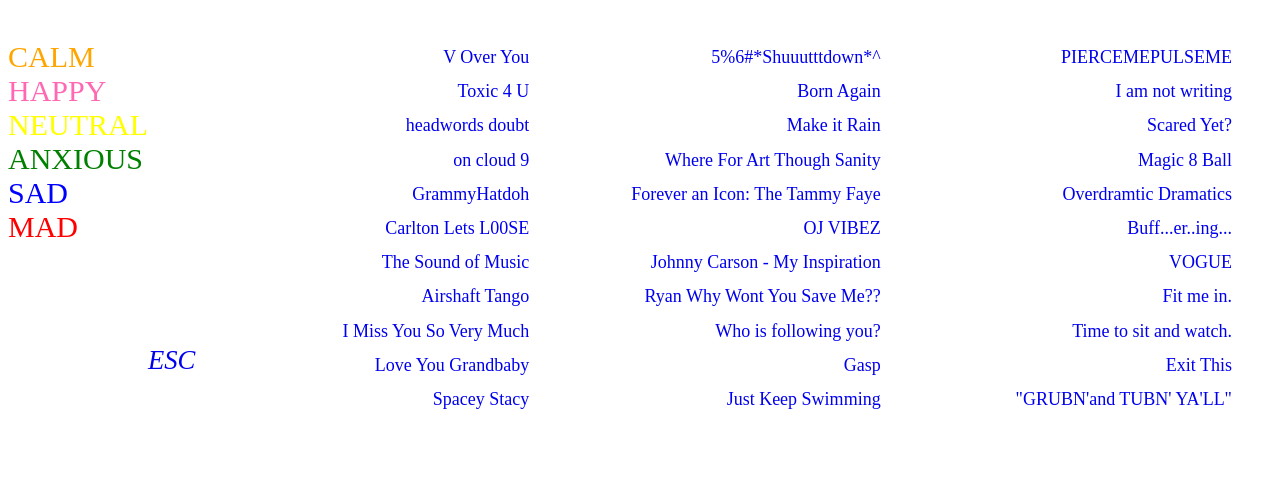
Repository: bradk647/bradk647.github.io
Page: cheatsheet.html
The author's editor kept a record of every edit. The page is drawn from the files as they stood at one moment, then again after the next edit.
The browser window is 1280 px wide. The pictures show the whole page.

Above is the page before.

After the next edit:
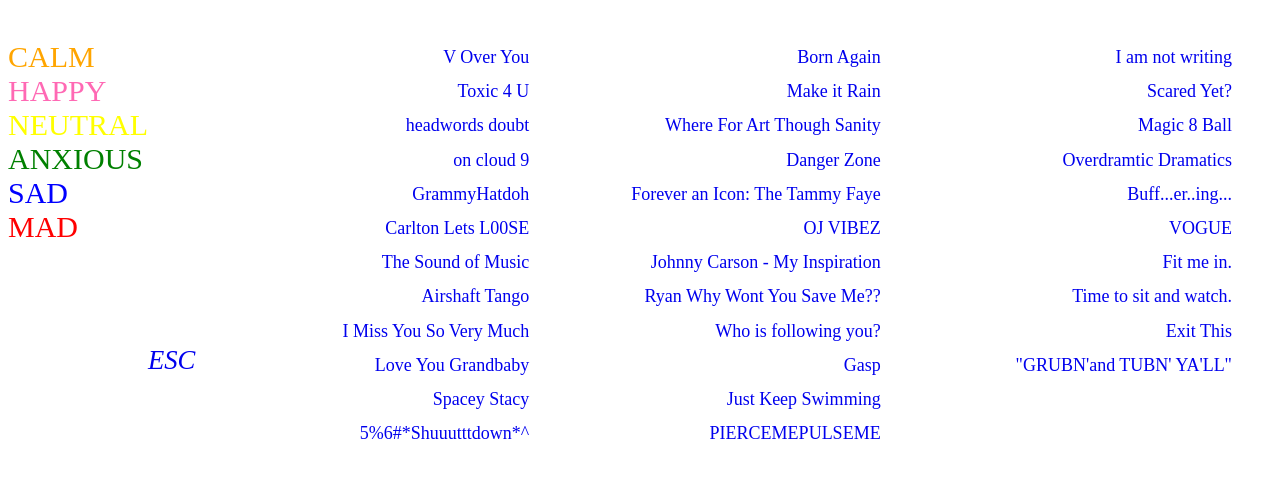
The edit:
--- a/cheatsheet.html
+++ b/cheatsheet.html
@@ -217,6 +217,7 @@
             <a href="bunny/BornAgain.html" class="green"><li>Born Again</li></a>
             <a href="bunny/MakeItRain.html" class="orange"><li>Make it Rain</li></a>
             <a href="bunny/shakespere.html" class="green"><li>Where For Art Though Sanity </li></a>
+            <a href="bunny/dangerzone.html" class="pink"><li>Danger Zone </li></a>
             <a href="bunny/tammyfaye.html" class="blue"><li>Forever an Icon: The Tammy Faye</li></a>
             <a href="bunny/OJVibes.html" class="red"><li>OJ VIBEZ</li></a>
             <a href="bunny/SHOUT.html" class="red"><li>Johnny Carson - My Inspiration </li></a>
